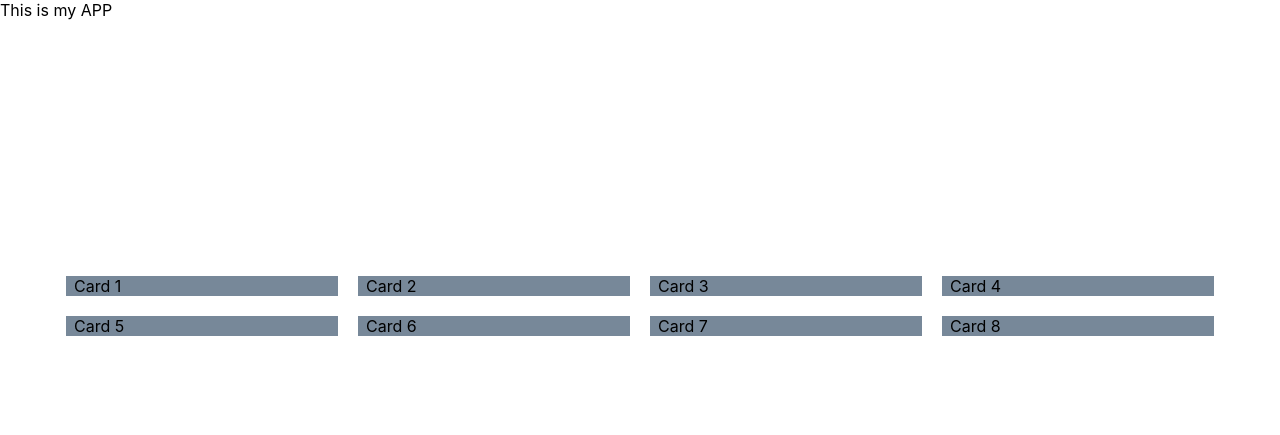
Repository: vnevescode/ui-components-react
Page: /
An editor plug-in stored every save of this project. The page is shown before and after the next save, followed by the edit.
The browser window is 1280 px wide. The pictures show the whole page.
The project was rebuilt for these pictures with package versions that can differ from the ones it lists, and the page was loaded fresh each time.

Above is the page before, as saved 2022-06-09 22:24:41.

### src/App.js
import React from 'react';
import Cards from './components/Cards/Cards';

function App() {
  return (
    <div className="App">
      <div>This is my APP</div>
      <Cards/>
    </div>
  );
}

export default App;

### src/components/Cards/Cards.jsx
import React from 'react'
import './Cards.style.css'

const Cards = () => {
  return (
    <>
        <div className="cards">
            {/* A card with given width */}
            <div className="cards__item">
                {'Card 1'}
            </div>
            {/* Repeat other cards */}
            <div className="cards__item">
                {'Card 2'}
            </div>
            <div className="cards__item">
                {'Card 3'}
            </div>
            <div className="cards__item">
                {'Card 4'}
            </div>
            <div className="cards__item">
                {'Card 5'}
            </div>
            <div className="cards__item">
                {'Card 6'}
            </div>
            <div className="cards__item">
                {'Card 7'}
            </div>
            <div className="cards__item">
                {'Card 8'}
            </div>
        </div>
    </>
  )
}

export default Cards

### src/components/Cards/Cards.style.css

.cards{
    display: flex;
    /* flex-direction: column; */
    justify-content: center;
    flex-wrap: wrap;
    gap: 20px;
    width: 100%;
    margin-top: 20%;
}

.cards__item{
    /* width: 50px;
    height: 50px; */
    flex-basis: 20%;
    padding-left: 8px;
    padding-right: 8px;
    background-color: lightslategray;
}

Loaded but not shown: public/index.html (common file); src/index.js (common file); src/index.css (common file)

After the next save:
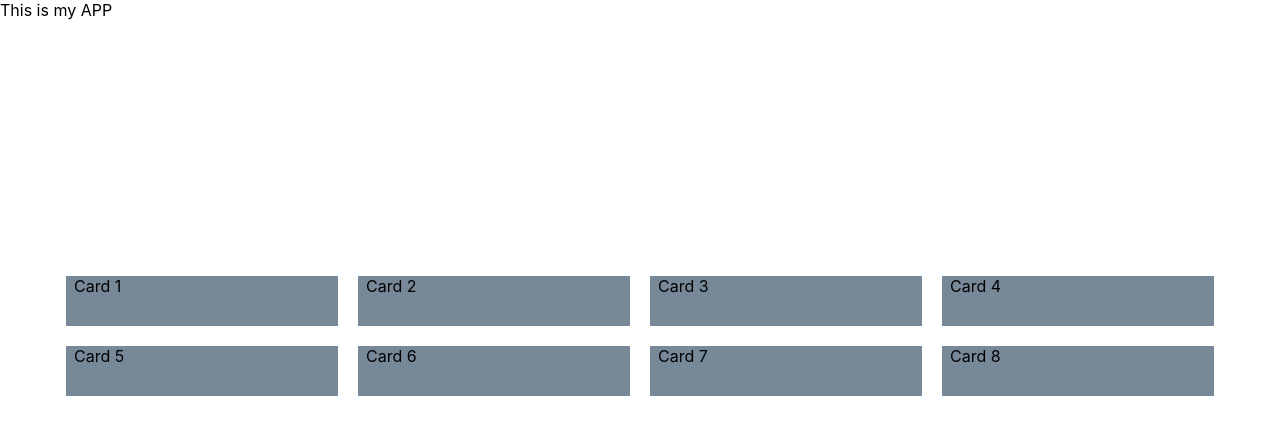
Saved 18 s later.
--- a/src/components/Cards/Cards.style.css
+++ b/src/components/Cards/Cards.style.css
@@ -10,8 +10,8 @@
 }
 
 .cards__item{
-    /* width: 50px;
-    height: 50px; */
+    /* width: 50px;*/
+    height: 50px;
     flex-basis: 20%;
     padding-left: 8px;
     padding-right: 8px;
